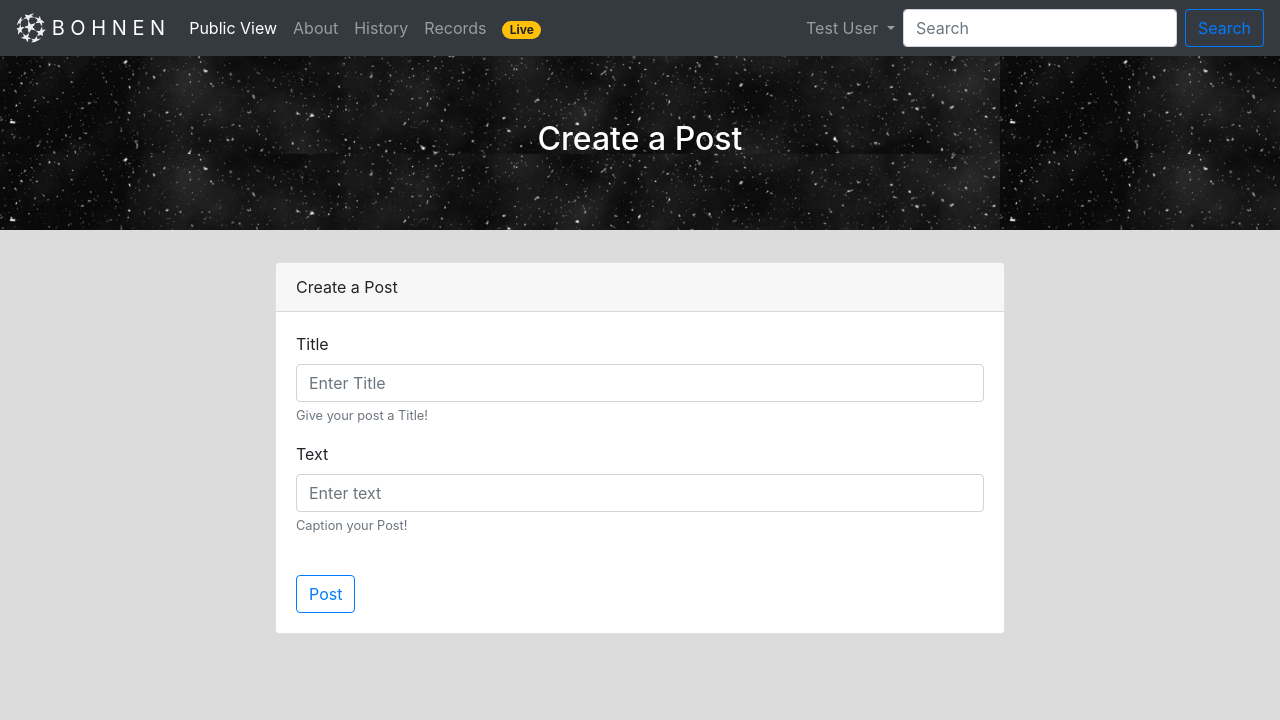
Repository: davidbohnen/BOHNEN
Page: http://localhost/post/create
These files come from the project's save history. The page is drawn as it stood at one moment and after a run of saves; the edit follows.
The browser window is 1280 px wide. The pictures show the whole page.
Some web libraries are served in a nearby version. The page is served by the project's Laravel application, run on PHP 8.4 with Laravel 8. A made-up administrator, Test User (test@example.com), is signed in. Other server files are loaded and not shown.

Above is the page before, as saved 2020-05-12 10:56:34.

### routes/web.php
<?php

use Illuminate\Support\Facades\Route;

/*
|--------------------------------------------------------------------------
| Web Routes
|--------------------------------------------------------------------------
|
| Here is where you can register web routes for your application. These
| routes are loaded by the RouteServiceProvider within a group which
| contains the "web" middleware group. Now create something great!
|
*/

Route::get('/', function () {
    return view('welcome');
});

Auth::routes();

Route::get('/home', 'HomeController@index')->name('home');

Route::get('/post/create', 'PostController@create');
Route::post('/post', 'PostController@store');
Route::get('/warn', 'IndexController@warn');
Route::get('/post/{post}', 'PostController@show');

Route::get('/public', 'IndexController@public');

Route::get('/news', 'IndexController@news');
Route::get('/nope', 'IndexController@nope');


Route::get('/about', 'IndexController@about');
Route::get('/more', 'IndexController@more');
Route::get('/history', 'IndexController@history');
Route::get('/record', 'IndexController@record');
Route::get('/contact', 'IndexController@contact');
Route::get('/live', 'IndexController@live');

### app/User.php
<?php

namespace App;

use Illuminate\Contracts\Auth\MustVerifyEmail;
use Illuminate\Foundation\Auth\User as Authenticatable;
use Illuminate\Notifications\Notifiable;

class User extends Authenticatable
{
    use Notifiable;

    /**
     * The attributes that are mass assignable.
     *
     * @var array
     */
    protected $fillable = [
        'name', 'email', 'password',
    ];

    /**
     * The attributes that should be hidden for arrays.
     *
     * @var array
     */
    protected $hidden = [
        'password', 'remember_token',
    ];

    /**
     * The attributes that should be cast to native types.
     *
     * @var array
     */
    protected $casts = [
        'email_verified_at' => 'datetime',
    ];


    public function post(){
        return $this->hasMany(Post::class);
    }

}

### app/Http/Controllers/PostController.php
<?php

namespace App\Http\Controllers;

use Illuminate\Http\Request;

class PostController extends Controller
{
    public function __construct()
    {
        $this->middleware('auth');
    }

    public function create()
    {
        if(auth()->user()->id == 1){
        return view('post.create');
        }else{
            return redirect('/warn');
        }
    }

    public function store()
    {

        $data = request()->validate([
            'title' => 'required',
            'text' => 'required',

        ]);

        //$data['user_id']= auth()->user()->id;

        //$post = \App\Post::create($data);


        $post = auth()->user()-> post() ->create($data);

        return redirect('/post/'.$post->id);

    }

    public function show(\App\Post $post)
    {
        return view('post.show',compact('post'));
    }
}

### resources/views/post/create.blade.php
@extends('layouts.app')
@section('jumbotext', ' Create a Post')
@section('images')


@section('content')


<script type="text/javascript" src="https://cdnjs.cloudflare.com/ajax/libs/mdbootstrap/4.7.6/js/mdb.min.js"></script>

<body style="background-color: gainsboro">


<div class="container">
    <div class="row justify-content-center">
        <div class="col-md-8">
            <div class="card">
                <div class="card-header">Create a Post</div>




                <div class="card-body">
                    <form action = "/post" method="post">
                        @csrf

                        <div class="form-group">
                        <label for="title">Title</label>
                        <input name = "title" type="text" class="form-control" id="title" aria-describedby="titleHelp" placeholder="Enter Title">
                        <small id="titleHelp" class="form-text text-muted">Give your post a Title!</small>

                            @error('title')
                                <small class = "text-danger">{{$message}}</small>
                            @enderror
                        </div>

                        <div class="form-group">
                        <label for="text">Text</label>
                        <input name = "text" type="text" class="form-control" id="text" aria-describedby="textHelp" placeholder="Enter text">
                        <small id="textHelp" class="form-text text-muted">Caption your Post!</small>

                        @error('text')
                                <small class = "text-danger">{{$message}}</small>
                            @enderror

                        </div>











                        <br>
                        <button type="submit" class="btn btn-outline-primary my-2 my-sm-0">Post</button>
                    </form>

                </div>

            </div>
        </div>
    </div>
</div>
</body>
@endsection





 <!-- <div class="card mb-3" style = "margin-top:10px; margin-bottom:10px;">
//               <img class="card-img-top" src="images/liver.jpg" alt="Card image cap">
//               <div class="card-body">
//                 <h5 class="card-title">LIVERPOOL OUT!</h5>
//                 <p class="card-text">This is a wider card with supporting text below as a natural lead-in to additional content. This content is a little bit longer.</p>
//                 <p class="card-text"><small class="text-muted">3 mins ago</small></p>
//                 <a href="#" class="btn btn-link" style="text-decoration: none;">Read</a>
//               </div>
//             </div>

//             <div class="card mb-3" style = "margin-top:10px; margin-bottom:10px;">

//               <div class="embed-responsive embed-responsive-16by9">
//                 <iframe width="560" height="315" src="https://www.youtube.com/embed/oqiKmC0qhZw?start=14" frameborder="0"
//                 allow="accelerometer; autoplay; encrypted-media; gyroscope; picture-in-picture" allowfullscreen></iframe>
//               </div>

//                 <div class="card-body">
//                   <h5 class="card-title">GOAL!</h5>
//                   <p class="card-text">This is a wider card with supporting text below as a natural lead-in to additional content. This content is a little bit longer.</p>
//                   <p class="card-text"><small class="text-muted">3 mins ago</small></p>
//                   <a href="#" class="btn btn-link" style="text-decoration: none;">Watch</a>
//                 </div>
//               </div> -->

### resources/views/layouts/app.blade.php
<!doctype html>
<html lang="en">
  <head>
    <!-- Required meta tags -->
    <meta charset="utf-8">
    <meta name="viewport" content="width=device-width, initial-scale=1, shrink-to-fit=no">

    <!-- Bootstrap CSS -->
    <link rel="stylesheet" href="https://maxcdn.bootstrapcdn.com/bootstrap/4.0.0/css/bootstrap.min.css" integrity="sha384-Gn5384xqQ1aoWXA+058RXPxPg6fy4IWvTNh0E263XmFcJlSAwiGgFAW/dAiS6JXm" crossorigin="anonymous">

    <title>@yield('title') </title>
  </head>
  <body style = "background-color: gainsboro;">

    <nav class="navbar navbar-expand-lg navbar-dark bg-dark" >
      <a class="navbar-brand" href="/"><img src="/images/uclball.png" width="30" height="30" class="d-inline-block align-top" alt="">
        B O H N E N</a>
      <button class="navbar-toggler" type="button" data-toggle="collapse" data-target="#navbarSupportedContent" aria-controls="navbarSupportedContent" aria-expanded="false" aria-label="Toggle navigation">
        <span class="navbar-toggler-icon"></span>
      </button>

      <div class="collapse navbar-collapse" id="navbarSupportedContent">
        <ul class="navbar-nav mr-auto">
          <li class="nav-item active">
            <a class="nav-link" href="/public">Public View <span class="sr-only">(current)</span></a>
          </li>
          <li class="nav-item">
            <a class="nav-link" href="/about">About</a>
          </li>

           <li class="nav-item">
            <a class="nav-link" href="/history">History</a>
          </li>
          <li class="nav-item">
            <a class="nav-link" href="/record">Records</a>
          </li>

          </li>

          <li class="nav-item">
            <a class="nav-link " href="/live"><span class="badge badge-pill badge-warning">Live</span></a>
          </li>



        </ul>

        <!-- Right Side Of Navbar -->
        <ul class="navbar-nav ml-auto">
                        <!-- Authentication Links -->
                        @guest
                            <li class="nav-item">
                                <a class="nav-link" href="{{ route('login') }}">{{ __('Login') }}</a>
                            </li>
                            @if (Route::has('register'))
                                <li class="nav-item">
                                    <a class="nav-link" href="{{ route('register') }}">{{ __('Register') }}</a>
                                </li>
                            @endif
                        @else
                            <li class="nav-item dropdown">
                                <a id="navbarDropdown" class="nav-link dropdown-toggle" href="#" role="button" data-toggle="dropdown" aria-haspopup="true" aria-expanded="false" v-pre>
                                    {{ Auth::user()->name }} <span class="caret"></span>
                                </a>

                                <div class="dropdown-menu dropdown-menu-right" aria-labelledby="navbarDropdown">

                                    <a class="dropdown-item" href="/home"><img src="./images/home.png" style="height: 25px; width:25px; margin:5px">Home

                                    </a>

                                    <a class="dropdown-item" href="/public"> <img src="./images/public.png" style="height: 25px; width:25px; margin:5px">Public View

                                    </a>



                                    <a class="dropdown-item" href="{{ route('logout') }}"
                                       onclick="event.preventDefault();
                                                     document.getElementById('logout-form').submit();"><img src="./images/logout.png" style="height: 20px; width:20px; margin-left:8px">
                                        {{ __('Logout') }}
                                    </a>

                                    <form id="logout-form" action="{{ route('logout') }}" method="POST" style="display: none;">
                                        @csrf
                                    </form>
                                </div>
                            </li>
                        @endguest
                    </ul>
        <form class="form-inline my-2 my-lg-0">
          <input class="form-control mr-sm-2" type="search" placeholder="Search" aria-label="Search">
          <button class="btn btn-outline-primary my-2 my-sm-0" type="submit">Search</button>
        </form>
      </div>
    </nav>

    <div class="jumbotron jumbotron-fluid" style= " background-image: url( /images/galaback.png ) ; background-size: 1000px;">
      <div class="container" style= "text-align: center; color: white;">
        <h2> @yield('jumbotext') </h2>

      </div>
    </div>
    @yield('content')

    <script src="https://code.jquery.com/jquery-3.2.1.slim.min.js" integrity="sha384-KJ3o2DKtIkvYIK3UENzmM7KCkRr/rE9/Qpg6aAZGJwFDMVNA/GpGFF93hXpG5KkN" crossorigin="anonymous"></script>
    <script src="https://cdnjs.cloudflare.com/ajax/libs/popper.js/1.12.9/umd/popper.min.js" integrity="sha384-ApNbgh9B+Y1QKtv3Rn7W3mgPxhU9K/ScQsAP7hUibX39j7fakFPskvXusvfa0b4Q" crossorigin="anonymous"></script>
    <script src="https://maxcdn.bootstrapcdn.com/bootstrap/4.0.0/js/bootstrap.min.js" integrity="sha384-JZR6Spejh4U02d8jOt6vLEHfe/JQGiRRSQQxSfFWpi1MquVdAyjUar5+76PVCmYl" crossorigin="anonymous"></script>
    </body>
</html>

Loaded but not shown: app/Http/Controllers/Auth/LoginController.php (common file); app/Http/Controllers/Controller.php (common file); app/Http/Controllers/Auth/ConfirmPasswordController.php (common file)

After the next 2 saves:
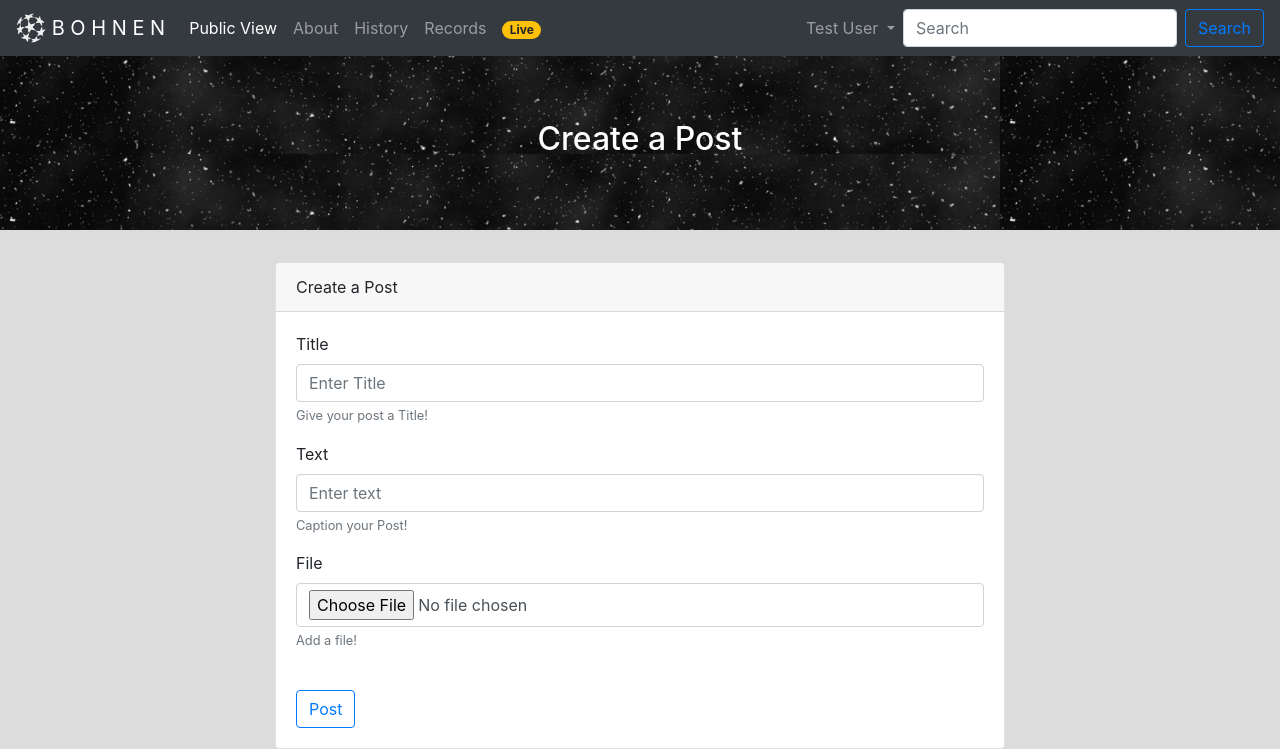
The 2 saves are shown as one change because they came seconds apart.
The last was saved 105 s later.
--- a/resources/views/post/create.blade.php
+++ b/resources/views/post/create.blade.php
@@ -34,10 +34,25 @@
                             @enderror
                         </div>
 
+
+
+
                         <div class="form-group">
                         <label for="text">Text</label>
                         <input name = "text" type="text" class="form-control" id="text" aria-describedby="textHelp" placeholder="Enter text">
                         <small id="textHelp" class="form-text text-muted">Caption your Post!</small>
+
+                        @error('text')
+                                <small class = "text-danger">{{$message}}</small>
+                            @enderror
+
+                        </div>
+
+
+                        <div class="form-group">
+                        <label for="file">File</label>
+                        <input name = "file" type="file" class="form-control" id="file" aria-describedby="fileHelp" placeholder="Add file">
+                        <small id="fileHelp" class="form-text text-muted">Add a file!</small>
 
                         @error('text')
                                 <small class = "text-danger">{{$message}}</small>
